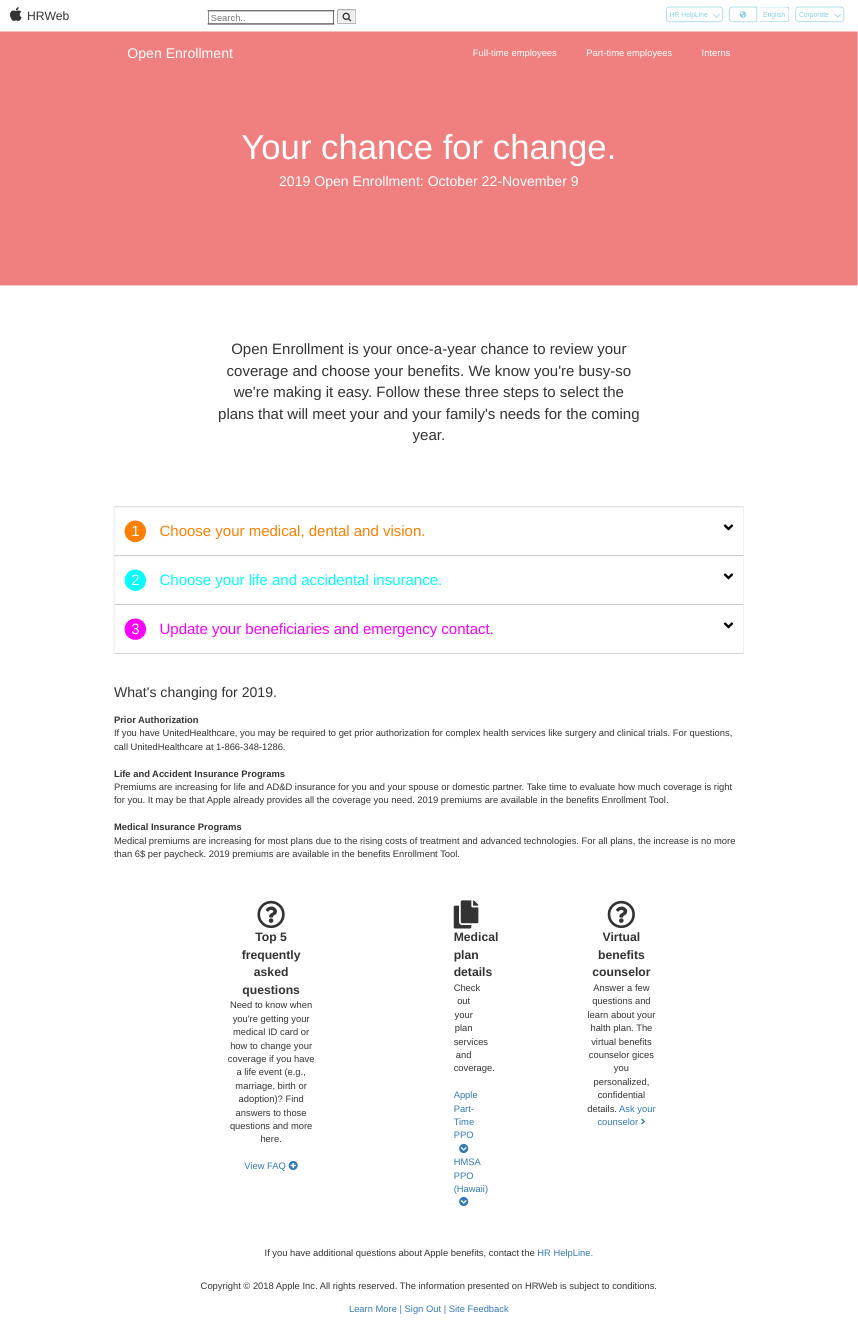
Repository: rmcc0724/templates
Page: index.html
The author's editor kept a record of every edit. The page is drawn from the files as they stood at one moment, then again after the next edit.
The browser window is 1280 px wide. The pictures show the whole page, at 67% of full size.
Some web libraries are served in a nearby version.

Above is the page before.

After the next edit:
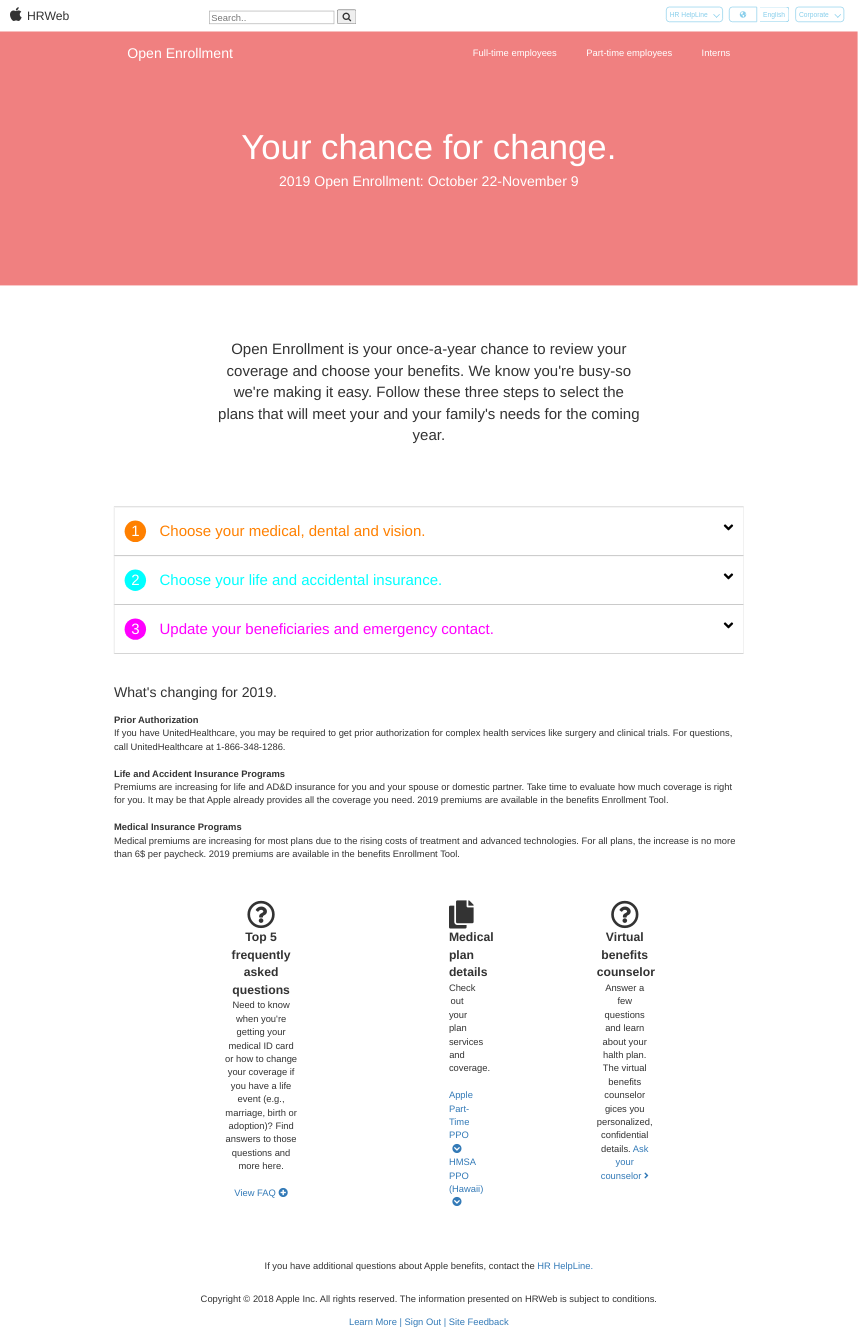
The edit:
--- a/css/style.css
+++ b/css/style.css
@@ -1,5 +1,9 @@
 body {
     margin: 0 auto;
+}
+
+a:hover {
+    text-decoration: none;
 }
 
 .container {
@@ -50,8 +54,7 @@
 }
 
 h1 {
-    font-size: 2.3em;
-
+    font-size: 1.9em;
 }
 
 
@@ -75,7 +78,9 @@
 
 
 .example input {
-    border-style: groove;
+    border-style: solid;
+    border-width: 1pt;
+    border-color: #afafaf;
 }
 
 
@@ -292,12 +297,17 @@
 }
 
 
-p.faq {
+.faq {
     margin-bottom: 20px;
+    padding: 0 30px;
 }
 
 p.text-center.questions {
     margin-bottom: 30px;
+}
+
+p.bottom-link {
+    margin-top: 10px;
 }
 
 /************************************************/
